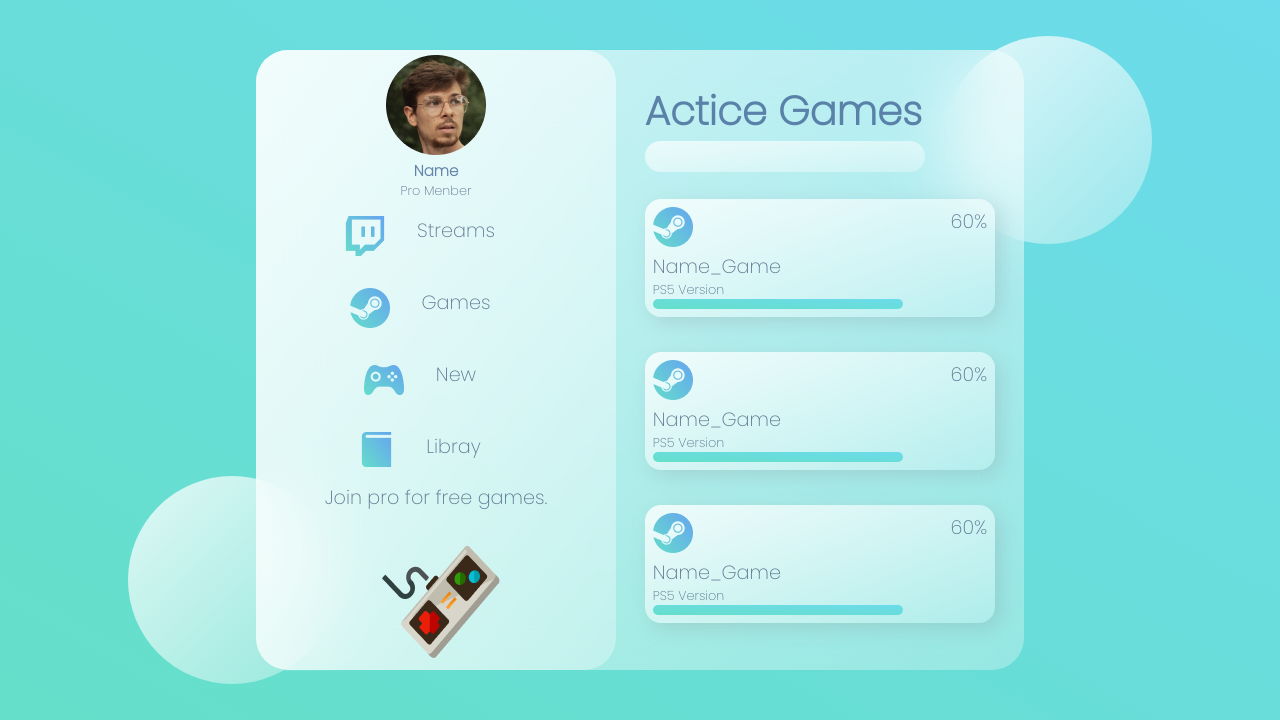
Repository: ServerK001/HomeGamer
Page: /
These files come from the project's save history. The page is drawn as it stood at one moment and after a run of saves; the edit follows.
The browser window is 1280 px wide. The pictures show the whole page.
The project was rebuilt for these pictures with package versions that can differ from the ones it lists, and the page was loaded fresh each time.

Above is the page before, as saved 2021-12-28 15:10:19.

### src/index.js
import React from 'react';
import ReactDOM from 'react-dom';
import './index.module.scss';
import App from './App';

ReactDOM.render(
  <React.StrictMode>


       <App />







  </React.StrictMode>,
  document.getElementById('root')
);

### src/index.module.scss
@import url('https://fonts.googleapis.com/css2?family=Poppins:ital,wght@0,200;1,100&display=swap');

* {
  margin: 0;
  padding: 0;
  box-sizing: border-box;
}

body{
  justify-content: center;
  align-items: center;
  font-family: 'Poppins', sans-serif;
  font-size: 0.8rem;

}

h1{
  color:#426696;
  font-weight: 600;
  opacity: 0.8;
  font-size: 2.5rem;
}

h2, p {
  color:#415879;
  font-weight: 500;
  opacity: 0.8;
}

h3 {
  color:#426696;
  font-weight: 600;
  opacity: 0.8;
}

### src/App.js


import { useState } from 'react';
import axios from 'axios';


import Home from './components/header/header';
import './css/App.scss'

function App() {





  return (
    <>

        <Home  />



    </>
  );
}

export default App;

### src/components/header/header.jsx
import React from 'react'
import { Dashborad } from '../dashboard/dashborad'
import GamesProgress from './GamesProgress/GamesProgress'

import    './style.scss'
export default function Home(props) {

    return (

        <main>
            <section className="glass">


                <Dashborad />


                <GamesProgress />

            </section>
            <div className="circle1"></div>
            <div className="circle2"></div>
        </main>
    )
}

### src/components/dashboard/dashborad.jsx
import React from 'react'
import './style.scss'
import twitch from './images/twitch.png'
import avatar from './images/avatar.png'
import steam from './images/steam.png'
import upcoming from './images/upcoming.png'
import library from './images/library.png'
import Game from './proGames/proGames'

export const Dashborad = (props) => {
    return (
            <div className="dashborad">


                    <div className="user">
                        <img src={avatar} alt="" />
                            <h3>Name</h3>
                                <p>Pro Menber</p>
                    </div>

                        <div className="links">
                                <div className="link">
                                <img src={twitch} />
                                        <h2>Streams</h2>
                                </div>
                        </div>

                        <div className="links">
                                <div className="link">
                                    <img src={steam} alt="" />
                                        <h2>Games</h2>
                                </div>
                        </div>

                        <div className="links">
                                <div className="link">
                                    <img src={upcoming} alt="" />
                                        <h2>New</h2>
                                </div>
                        </div>

                        <div className="links">
                                <div className="link">
                                    <img src={library} alt="" />
                                        <h2>Libray</h2>
                                </div>
                        </div>

                  <Game />


            </div>
    )
}

### src/components/header/GamesProgress/GamesProgress.jsx
import React from 'react'
import gameimg from '../../dashboard/images/steam.png'
import Cardsgames from './cardsGames/cardsgames'
import './style.scss'
import assassins from '../../'
export default function GamesProgress() {
    return (
            <div className="games">
                <div className="status">
                    <h1>Actice Games</h1>
                    <input type="text" />
                </div>

           <Cardsgames image={gameimg} />
           <Cardsgames image={gameimg} />
           <Cardsgames image={gameimg} />











            </div>
    )
}

### src/components/header/style.scss

main {
  min-height: 100vh;
  background: linear-gradient(to right top, #65dfc9, #6cdbeb);
  display: flex;
  align-items: center;
  justify-content: center;

}

.glass {
  background: white;
  min-height: 60vh;
  width: 60%;
  background: linear-gradient(
    to right bottom,
    rgba(255, 255, 255, 0.7),
    rgba(255, 255, 255, 0.3)
  );
  border-radius: 2rem;
  z-index: 2;
  backdrop-filter: blur(2rem);
  display: flex;


}



.circle1,
.circle2 {
  background: white;
  background: linear-gradient(
    to right bottom,
    rgba(255, 255, 255, 0.8),
    rgba(255, 255, 255, 0.3)
  );
  height: 13rem;
  width: 13rem;
  position: absolute;
  border-radius: 50%;
}

.circle1 {
  top: 5%;
  right: 10%;

}
.circle2 {
  bottom: 5%;
  left: 10%;
}

### src/components/dashboard/style.scss


.dashborad{
    flex: 1;
    display: flex;
    flex-direction: column;
    align-items: center;
    justify-content: space-evenly;
    text-align: center;
    padding: 0.3rem;


    background: linear-gradient(
        to right bottom,
        rgba(255, 255, 255, 0.7),
        rgba(255, 255, 255, 0.3)
      );

      border-radius: 2rem;
}

.link{
    display: flex;
   padding: 1rem 1rem;
}
.link h2 {
    padding: 0rem 2rem;
}

### src/components/dashboard/proGames/proGames.jsx
import React from 'react'
import controller from '../images/controller.png'

 const Games = () => {
    return (
        <>
        <div className='pro'>
            <h2>Join  pro  for  free games.</h2>
                <img src={controller}  />
        </div>

        </>
    )
}
export default Games

### src/components/header/GamesProgress/cardsGames/cardsgames.jsx
import React from 'react'
import './styles.scss'

export default function Cardsgames(props) {
    return (
     <div className="cards">
                <div className="card">
                    <img src={props.image}  />
                    <div className="card-info">
                        <h2>Name_Game</h2>
                        <p>PS5 Version</p>
                                <div className="progress">...</div>
                    </div>
                </div>
            <h2 className="porcentage">60%</h2>
     </div>
    )
}

### src/components/header/GamesProgress/style.scss
.games{
    display: flex;
    margin: 1.5rem;
    flex: 1;
    padding: 0.3rem;
    flex-direction: column;
    justify-content: space-evenly;
}

.status input{
 margin-bottom: 0.5rem;
 background: linear-gradient(
    to right bottom,
    rgba(255, 255, 255, 0.7),
    rgba(255, 255, 255, 0.3)
  );
 border: none;
 width: 80%;
 padding: 0.5rem;
 border-radius: 2rem;



}

### src/components/header/GamesProgress/cardsGames/styles.scss
.cards{
    background:linear-gradient(to left top, rgba(255, 255, 255, 0.2), rgba(255, 255, 255, 0.8));
    border-radius: 1rem;
    margin: 1rem 0rem ;
    padding:  0.5rem;
    box-shadow: 6px 6px 20px rgba(122, 122, 122, 0.212);
    display: flex;
    justify-content: space-between;

}

.progress {
    background: linear-gradient(to right top, #65dfc9, #6cdbeb);
    width: 250px;
    height: 10px;
    border-radius: 1rem;
    position: relative;
    overflow: hidden;
  }

Loaded but not shown: public/index.html (common file); src/css/App.scss (no stored copy; drawn as an empty file)

After the next 4 saves:
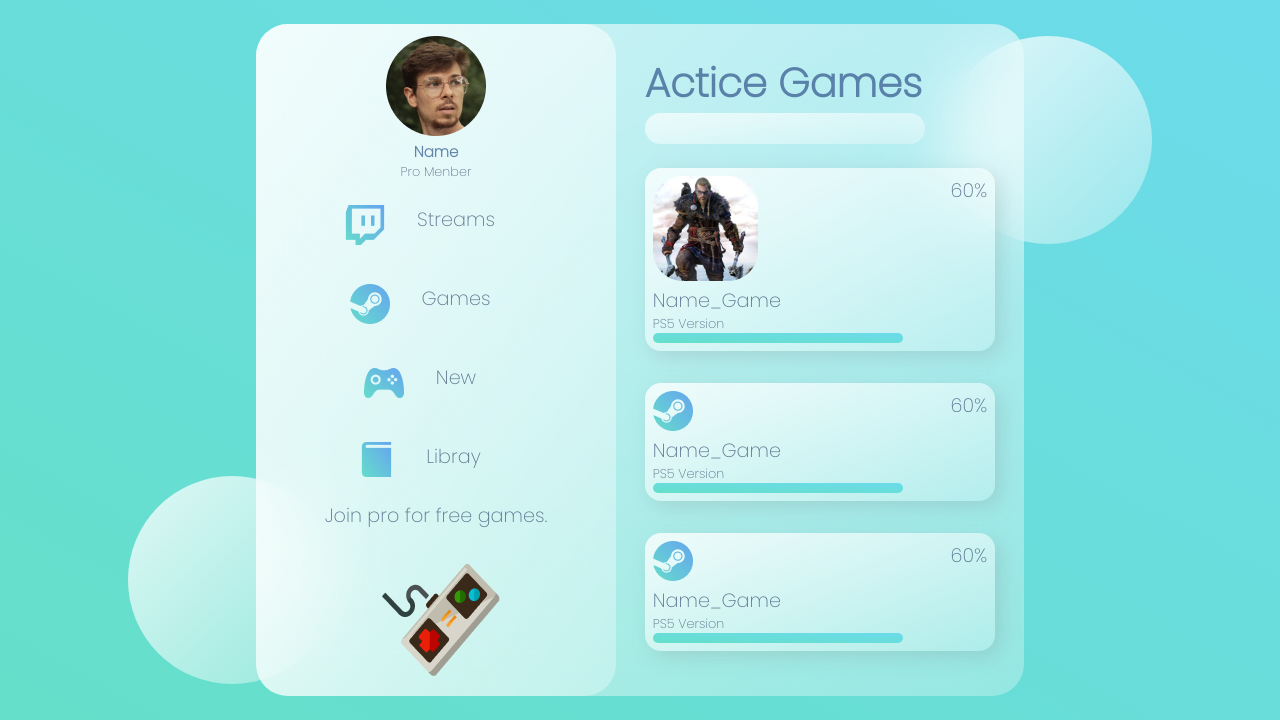
The 4 saves are shown as one change because they came seconds apart.
The last was saved 16 s later.
--- a/src/components/header/GamesProgress/GamesProgress.jsx
+++ b/src/components/header/GamesProgress/GamesProgress.jsx
@@ -2,7 +2,7 @@
 import gameimg from '../../dashboard/images/steam.png'
 import Cardsgames from './cardsGames/cardsgames'
 import './style.scss'
-import assassins from '../../'
+import assassins from '../../dashboard/images/assassins.png'
 export default function GamesProgress() {
     return (
             <div className="games">
@@ -11,7 +11,7 @@
                     <input type="text" />
                 </div>
 
-           <Cardsgames image={gameimg} />
+           <Cardsgames image={assassins} />
            <Cardsgames image={gameimg} />
            <Cardsgames image={gameimg} />
 

After the 2 saves that followed:
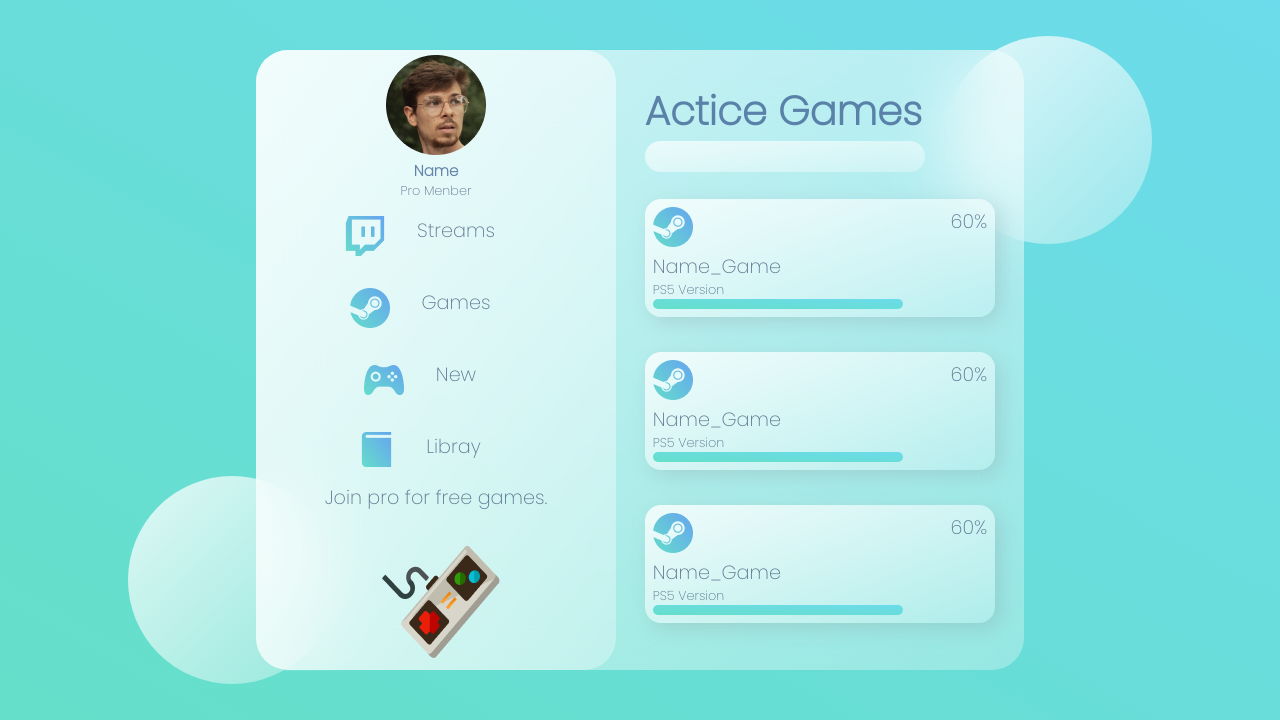
The 2 saves are shown as one change because they came seconds apart.
The last was saved 34 s later.
--- a/src/components/header/GamesProgress/GamesProgress.jsx
+++ b/src/components/header/GamesProgress/GamesProgress.jsx
@@ -2,7 +2,7 @@
 import gameimg from '../../dashboard/images/steam.png'
 import Cardsgames from './cardsGames/cardsgames'
 import './style.scss'
-import assassins from '../../dashboard/images/assassins.png'
+
 export default function GamesProgress() {
     return (
             <div className="games">
@@ -11,7 +11,7 @@
                     <input type="text" />
                 </div>
 
-           <Cardsgames image={assassins} />
+           <Cardsgames image={gameimg} />
            <Cardsgames image={gameimg} />
            <Cardsgames image={gameimg} />
 
